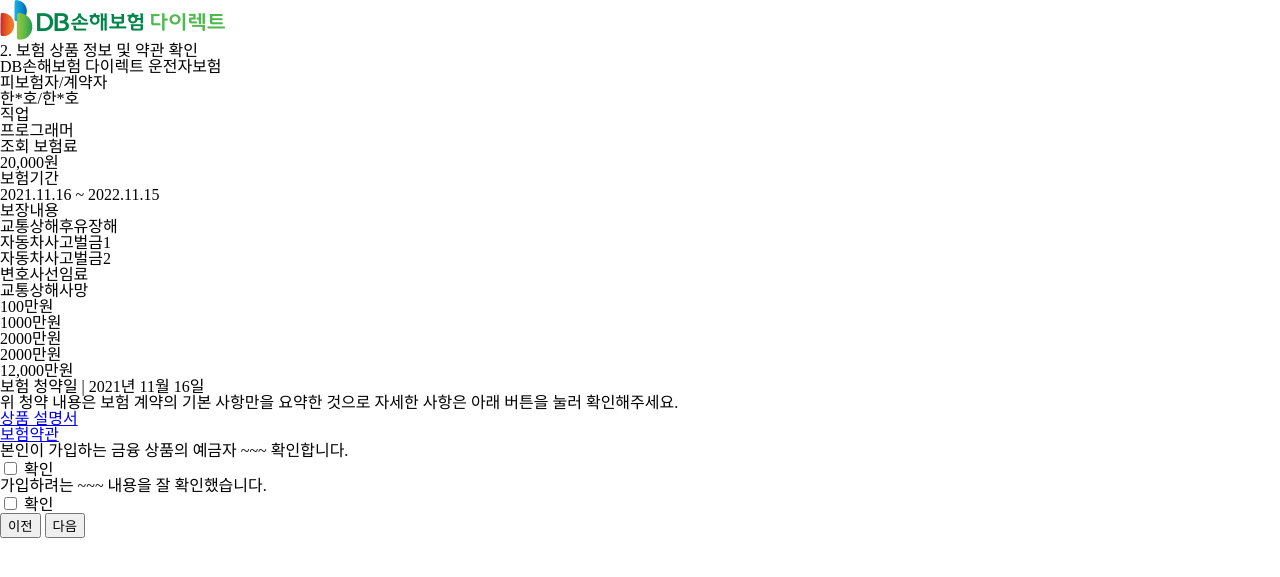
Repository: minho0324/directInsurance
Page: http://localhost/directClone/direct/details2
An editor plug-in stored every save of this project. The page is shown before and after the next save, followed by the edit.
The browser window is 1280 px wide. The pictures show the whole page.
The page is served by Tomcat 9. Other server files are loaded and not shown.

Above is the page before, as saved 2021-11-18 05:45:33.

### directClone/src/main/webapp/WEB-INF/views/details2.jsp
<%@ page language="java" contentType="text/html; charset=UTF-8"
    pageEncoding="UTF-8"%>
<!DOCTYPE html>
<%@ taglib uri="http://java.sun.com/jsp/jstl/core"  prefix="c"%>
<html>
<head>
<meta charset="UTF-8">
<title>details2</title>
</head>
<script src="http://code.jquery.com/jquery-latest.js"></script>
<style>

	html, body, div, span, applet, object, iframe,
	h1, h2, h3, h4, h5, h6, p, blockquote, pre,
	a, abbr, acronym, address, big, cite, code,
	del, dfn, em, img, ins, kbd, q, s, samp,
	small, strike, strong, sub, sup, tt, var,
	b, u, i, center,
	dl, dt, dd, ol, ul, li,
	fieldset, form, label, legend,
	table, caption, tbody, tfoot, thead, tr, th, td,
	article, aside, canvas, details, embed,
	figure, figcaption, footer, header, hgroup,
	menu, nav, output, ruby, section, summary,
	time, mark, audio, video {
		margin: 0;
		padding: 0;
		border: 0;
		font-size: 100%;
		font: inherit;
		vertical-align: baseline;
	}
	/* HTML5 display-role reset for older browsers */
	article, aside, details, figcaption, figure,
	footer, header, hgroup, menu, nav, section {
		display: block;
	}
	body {
		line-height: 1;
	}
	ol, ul {
		list-style: none;
	}
	blockquote, q {
		quotes: none;
	}
	blockquote:before, blockquote:after,
	q:before, q:after {
		content: '';
		content: none;
	}



</style>
<body>

	<!-- 헤더 -->
	<div class="headerform">
		<div class="header">
			<div class="title">
				<a href="index.jsp">
					<img src="../resources/img/logo02.png">
				</a>
				<div class="progress_bar">
					2. 보험 상품 정보 및 약관 확인
				</div>
			</div>
		</div>

		<a href="<c:url value='/direct/index.jsp' />" class="btn_close"></a>
	</div>
	<!-- 헤더 끝 -->

	<div class="container">
		<div class="rows">
			<div class="ref">
				<h1>DB손해보험 다이렉트 운전자보험</h1>
			</div>
			<ul class="list">
				<li>피보험자/계약자</li>
				<li>한*호/한*호</li>
			</ul>
			<ul class="list">
				<li>직업</li>
				<li>프로그래머</li>
			</ul>
			<ul class="list">
				<li>조회 보험료</li>
				<li>20,000원</li>
			</ul>
			<ul class="list">
				<li>보험기간</li>
				<li>2021.11.16 ~ 2022.11.15</li>
			</ul>
			<div class="insuInfo">
				<div class="insuTitle">
					<h2>보장내용</h2>
					<div class="insuDetail">
						<ul>
							<li>교통상해후유장해</li>
							<li>자동차사고벌금1</li>
							<li>자동차사고벌금2</li>
							<li>변호사선임료</li>
							<li>교통상해사망</li>
						</ul>
						<ul>
							<li>100만원</li>
							<li>1000만원</li>
							<li>2000만원</li>
							<li>2000만원</li>
							<li>12,000만원</li>
						</ul>
					</div>
					<div class="terms">
						<p>보험 청약일 | 2021년 11월 16일</p>
						<p>위 청약 내용은 보험 계약의 기본 사항만을 요약한 것으로 자세한 사항은 아래 버튼을 눌러 확인해주세요.</p>
						<div class="termLink">
							<div class="term1">
								<a href="https://www.directdb.co.kr/common/rd/view.do">
									<span>상품 설명서</span>
								</a>
							</div>
							<div class="term2">
								<a href="https://www.directdb.co.kr/doc/pdf/terms/ltm_direct_driver2108.pdf">
									<span>보험약관</span>
								</a>
							</div>
						</div>
					</div>
					<div class="termChk">
						<ul>
							<li>본인이 가입하는 금융 상품의 예금자 ~~~ 확인합니다.</li>
						</ul>
						<label for="termChk1">
							<input type="checkbox" name="termChk1" value="Y">
							확인
						</label>
						<ul>
							<li>가입하려는 ~~~ 내용을 잘 확인했습니다.</li>
						</ul>
						<label for="termChk1">
							<input type="checkbox" name="termChk1" value="Y">
							확인
						</label>
					</div>
				</div>
			</div>
		</div>
	</div>
		<button class="prev">이전</button>
		<button class="next">다음</button>



<script>

	$(function() {
		$('.prev').click(function () {
			location.href="<c:url value='/direct/details1' />";

		})
		$('.next').click(function () {
			location.href="<c:url value='/direct/payment' />";
		})
	});
</script>
</body>

</html>

After the next save:
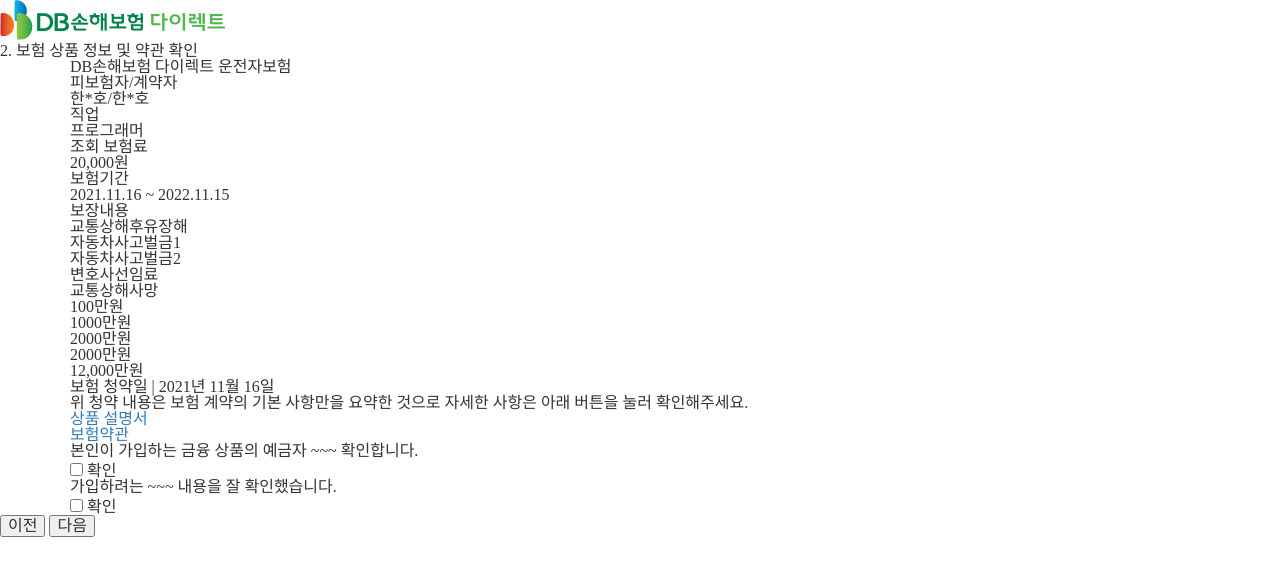
Saved 21 s later.
--- a/directClone/src/main/webapp/WEB-INF/views/details2.jsp
+++ b/directClone/src/main/webapp/WEB-INF/views/details2.jsp
@@ -7,6 +7,7 @@
 <meta charset="UTF-8">
 <title>details2</title>
 </head>
+<link rel="stylesheet" href="https://maxcdn.bootstrapcdn.com/bootstrap/3.3.2/css/bootstrap.min.css">
 <script src="http://code.jquery.com/jquery-latest.js"></script>
 <style>
 
